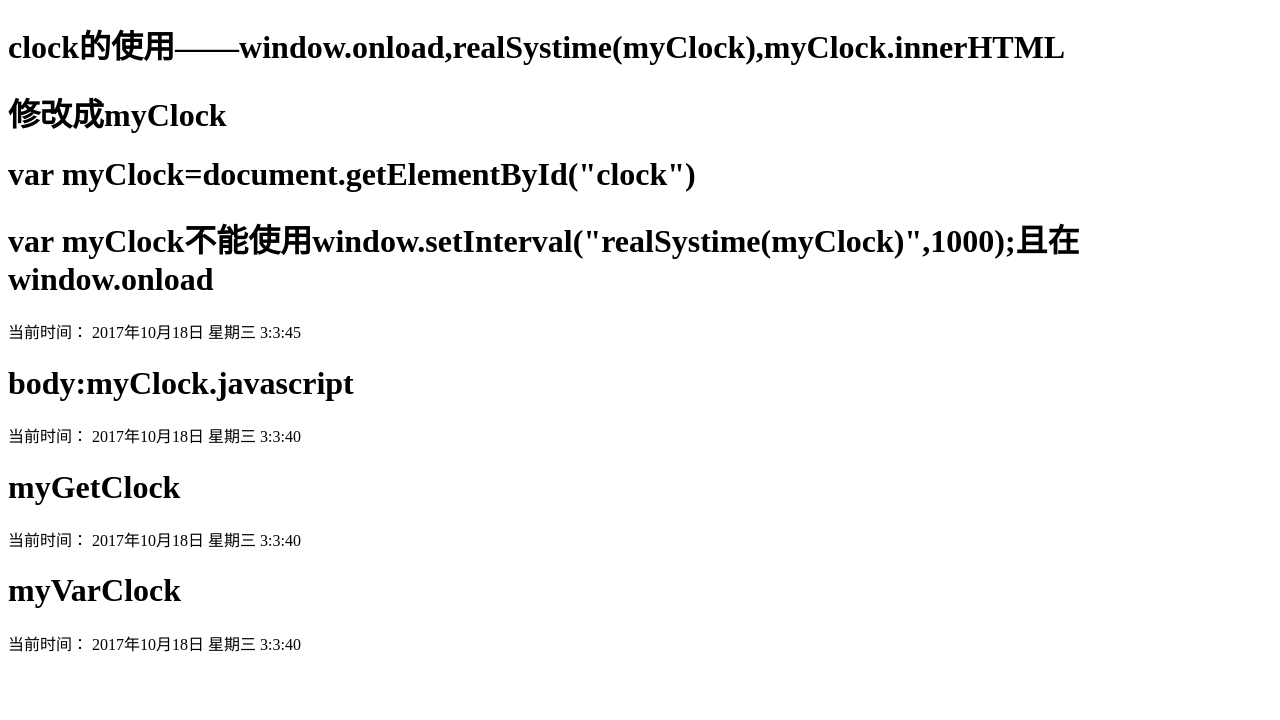
Repository: bookFireFly/bookFireFly
Page: JavaScriptMingriBook/Main/10实时显示系统时间.html
These files come from the project's save history. The page is drawn as it stood at one moment and after the next save; the edit follows.
The browser window is 1280 px wide. The pictures show the whole page.

Above is the page before, as saved 2017-10-20 09:53:02.

After the next save:
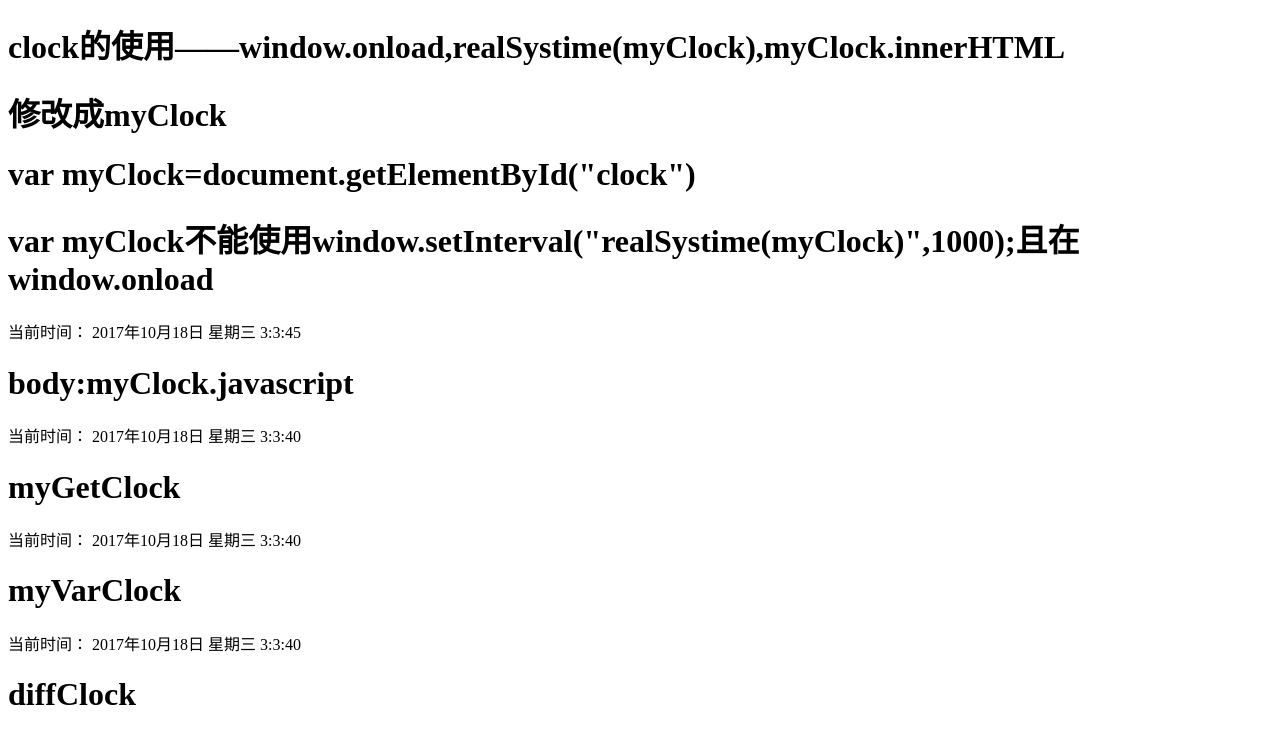
Saved 65 s later.
--- a/JavaScriptMingriBook/Main/10实时显示系统时间.html
+++ b/JavaScriptMingriBook/Main/10实时显示系统时间.html
@@ -46,5 +46,11 @@ window.onload=function(){
 	var myVarClock=document.getElementById("myVarClock");
 	realSystime(myVarClock);
 </script>
+<h1>diffClock</h1>
+<div id="diffClock"></div>
+<script type="text/javascript">
+	var myDiffClock=document.getElementById("diffClock");
+	realSystime(myVarClock);
+</script>
 </body>
 </html>
